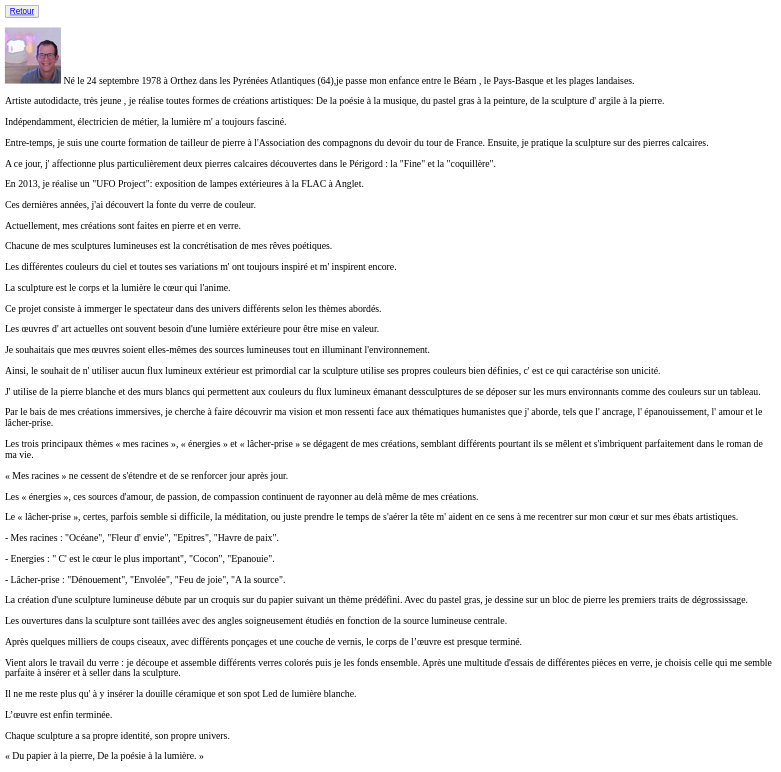
Repository: lysianebo/EricBidart
Page: presentation_more.html
These files come from the project's save history. The page is drawn as it stood at one moment and after the next save; the edit follows.
The browser window is 1280 px wide. The pictures show the whole page, at 61% of full size.

Above is the page before, as saved 2023-10-29 07:52:31.

After the next save:
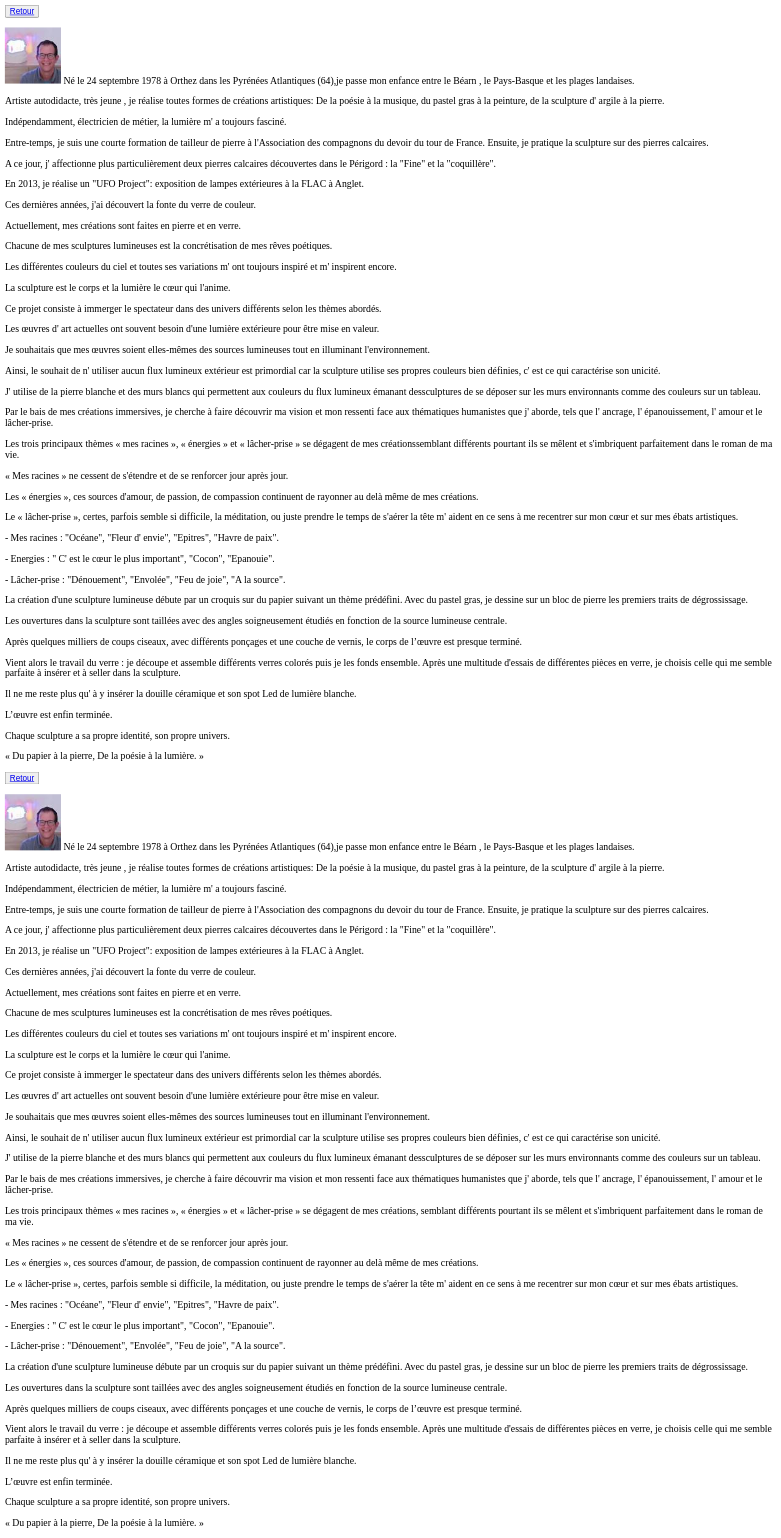
Saved 5 s later.
--- a/presentation_more.html
+++ b/presentation_more.html
@@ -1,3 +1,79 @@
+<!DOCTYPE html>
+<html lang="en">
+<head>
+    <meta charset="UTF-8">
+    <meta name="viewport" content="width=device-width, initial-scale=1.0">
+    <title>Document</title>
+    <link rel="stylesheet" href="public/css/style.css">
+</head>
+<body>
+    <button class="back-button"><a href="presentation.html">Retour</a></button>
+    <div class="hidden" id="presentation-content">
+        <p class="text"><img src="public/images/happy_moi.jpeg" alt=""> Né le 24 septembre 1978 à Orthez dans les Pyrénées Atlantiques (64),je passe mon enfance entre le Béarn , le Pays-Basque et les plages landaises.</p>
+        <p> Artiste autodidacte, très jeune , je réalise toutes formes de créations artistiques: De la poésie à la musique, du pastel gras à la peinture, de la sculpture d' argile à la pierre.</p>
+        <p> Indépendamment, électricien de métier, la lumière m' a toujours fasciné.</p>
+        <p> Entre-temps, je suis une courte formation de tailleur de pierre à l'Association des compagnons du devoir du
+            tour de France. Ensuite, je pratique la sculpture sur des pierres calcaires.</p>
+        <p> A ce jour, j' affectionne plus particulièrement deux pierres calcaires découvertes dans le Périgord : la
+            "Fine" et la "coquillère".</p>
+        <p> En 2013, je réalise un "UFO Project": exposition de lampes extérieures à la FLAC à Anglet.</p>
+        <p> Ces dernières années, j'ai découvert la fonte du verre de couleur.</p>
+        <p> Actuellement, mes créations sont faites en pierre et en verre.</p>
+        <p>Chacune de mes sculptures lumineuses est la concrétisation de mes rêves poétiques.</p>
+    </div>
+    <div class="hidden" id="demarche-content">
+        <p>Les différentes couleurs du ciel et toutes ses variations m' ont toujours inspiré et m' inspirent encore.
+            <p>La sculpture est le corps et la lumière le cœur qui l'anime.</p>
+            Ce projet consiste à immerger le spectateur dans des univers différents selon les thèmes abordés.
+            <p>Les œuvres d' art actuelles ont souvent besoin d'une lumière extérieure pour être mise en valeur.</p>
+            <p>Je souhaitais que mes œuvres soient elles-mêmes des sources lumineuses tout en illuminant l'environnement.</p>
+            <p>Ainsi, le souhait de n' utiliser aucun flux lumineux extérieur est primordial car la sculpture utilise ses propres couleurs bien définies, c' est ce qui caractérise son unicité.</p>
+            <p>J' utilise de la pierre blanche et des murs blancs qui permettent aux couleurs du flux lumineux émanant dessculptures de se déposer sur les murs environnants comme des couleurs sur un tableau.</p>
+            <p>Par le bais de mes créations immersives, je cherche à faire découvrir ma vision et mon ressenti face aux thématiques humanistes que j' aborde, tels que l' ancrage, l' épanouissement, l' amour et le lâcher-prise.</p>
+            <p>Les trois principaux thèmes « mes racines », « énergies » et « lâcher-prise » se dégagent de mes créationssemblant différents pourtant ils se mêlent et s'imbriquent parfaitement dans le roman de ma vie.
+            </p>
+
+            <p>« Mes racines » ne cessent de s'étendre et de se renforcer jour après jour.</p>
+
+            Les « énergies », ces sources d'amour, de passion, de compassion continuent de rayonner au delà même de mes
+            créations.
+
+            <p>
+                Le « lâcher-prise », certes, parfois semble si difficile, la méditation, ou juste prendre le temps de s'aérer la
+                tête m' aident en ce sens à me recentrer sur mon cœur et sur mes ébats artistiques.
+            </p>
+
+            <p>- Mes racines : "Océane", "Fleur d' envie", "Epitres", "Havre de paix".</p>
+
+            <p>- Energies : " C' est le cœur le plus important", "Cocon", "Epanouie".</p>
+            <p>- Lâcher-prise : "Dénouement", "Envolée", "Feu de joie", "A la source".</p>
+
+        </p>
+    </div>
+    <div class="hidden"
+        id="technique-content">
+        <p>La création d'une sculpture lumineuse débute par un croquis sur du papier suivant un thème prédéfini. Avec du
+            pastel gras, je dessine sur un bloc de pierre les premiers traits de dégrossissage. </p>
+        <p>Les ouvertures dans la sculpture sont taillées avec des angles soigneusement étudiés en fonction de la source
+            lumineuse centrale.</p>
+        <p>Après quelques milliers de coups ciseaux, avec différents ponçages et une couche de vernis,
+            le corps de l’œuvre est presque terminé.</p>
+        <p> Vient alors le travail du verre : je découpe et assemble différents verres colorés puis je les fonds ensemble.
+            Après une multitude d'essais de différentes pièces en verre, je choisis celle qui me semble parfaite à insérer
+            et à seller dans la sculpture.</p>
+        <p>Il ne me reste plus qu' à y insérer la douille céramique et son spot Led de lumière blanche.</p>
+        </p>
+        <p> L’œuvre est enfin terminée.</p>
+
+
+        <p> Chaque sculpture a sa propre identité, son propre univers.</p>
+
+        <p> « Du papier à la pierre, De la poésie à la lumière. »</p>
+    </div>
+
+    </div>
+</body>
+</html>
 <!DOCTYPE html>
 <html lang="en">
 <head>
